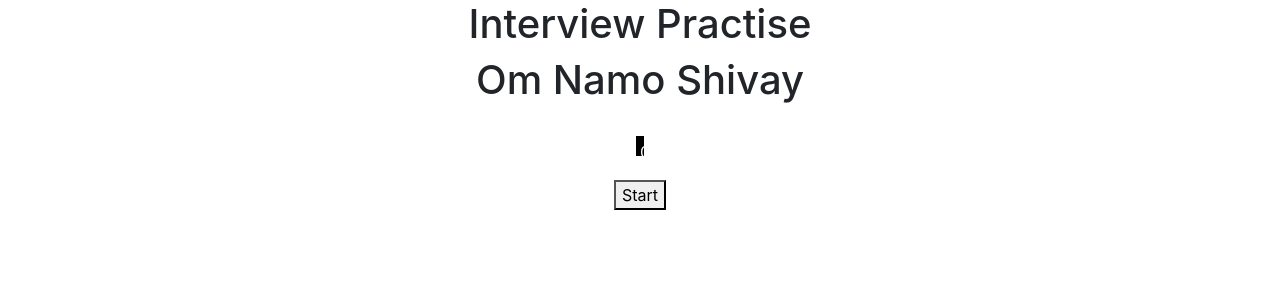
Repository: punitbathija/Machine-Round-React
Page: /
The author's editor kept a copy of each file at every save. The page is drawn from the files as they stood at one save, then again after the next save.
The browser window is 1280 px wide. The pictures show the whole page.
The project was rebuilt for these pictures with package versions that can differ from the ones it lists, and the page was loaded fresh each time. Also part of the build but not shown: src/components/counter.jsx.

Above is the page before, as saved 2023-06-01 12:38:24.

After the next save:
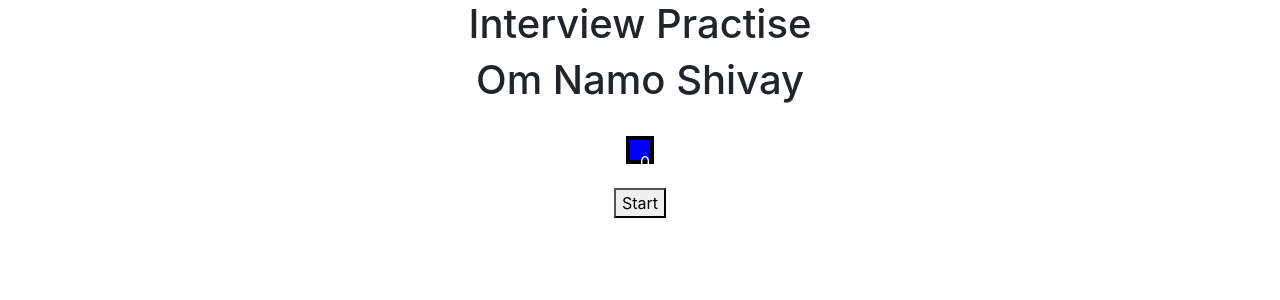
Saved 14 s later.
--- a/src/components/ProgressBar.js
+++ b/src/components/ProgressBar.js
@@ -33,6 +33,7 @@ const ProgressBar = () => {
           color: "white",
           transition: "ease",
           border: "4px solid black",
+          padding: "10px",
         }}
       >
         {progress} %
